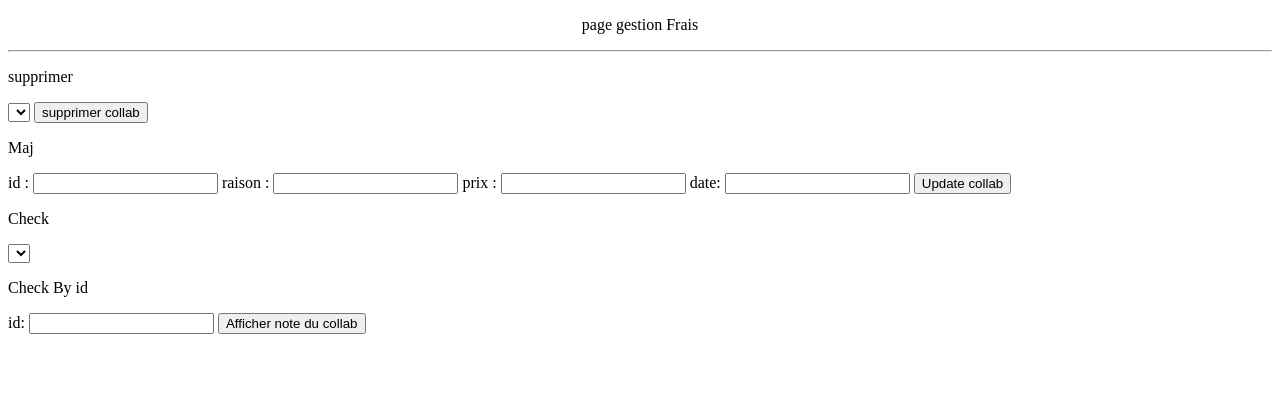
Repository: Shakibaei-2020/CRA_JEE_FINAL
Page: http://localhost/jee_crainfocom/WEB-INF/PageAdminGestionFrais.jsp
The author's editor kept a copy of each file at every save. The page is drawn from the files as they stood at one save, then again after the next save.
The browser window is 1280 px wide. The pictures show the whole page.
The page is served by Tomcat 9. Nobody is signed in. Other server files are loaded and not shown. The template is opened directly, without the code that normally fills it, so the values that code supplies are empty.

Above is the page before, as saved 2021-04-08 10:57:45.

### CRA_JEE_FINAL/jee_crainfocom/src/main/webapp/WEB-INF/PageAdminGestionFrais.jsp
<%@ page pageEncoding="UTF-8" %>
<%@ taglib uri="http://java.sun.com/jsp/jstl/core" prefix="c" %>
<!DOCTYPE html>
<html>
<head>
<meta charset="ISO-8859-1">
<title>Insert title here</title>
</head>
<body>
<center><p>page gestion Frais</p></center>
<hr>
<!-- ************************************************************************ -->

<p>supprimer</p>
<form method="post" action=ControleAdminGestionFrais>
	<select name="saisiRaison" id="saisiRaison" >
     	<c:forEach items="${ tabRaisonFrais }" var="tabRaisonFrais" varStatus="status">
        <p><option><c:out  value="${tabRaisonFrais}"></option></c:out ></p>
		</c:forEach>
	</select>
<input type="submit" value="supprimer collab"/>
</form>

<!-- ************************************************************************ -->

<p>Maj</p>
 <form method="post" action="ControleInterneGestionFrais">

            <label for="idUp">id : </label>
            <input type="text" name="idUp" id="idUp" />

            <label for="raisonUp">raison : </label>
            <input type="text" name="raisonUp" id="raisonUp" />

            <label for="prixUp">prix : </label>
            <input type="text" name="prixUp" id="prixUp" />

            <label for="dateUp">date: </label>
            <input type="text" name="dateUp" id="dateUp" />

            <input type="submit" value="Update collab" />
</form>
<!-- ************************************************************************ -->

<p>Check</p>

		<select>
     	<c:forEach   items="${ tabNoteDeFrais }" var="tabCollab" varStatus="status">
        <p> <option method="get" action="ControleAdminGestionCollab"  ><c:out value="${tabNoteDeFrais}"></option></c:out ></p>
		</c:forEach>
		</select>

</body>
<!-- ************************************************************************ -->

<p>Check By id</p>

<form method="post" action=ControleAdminGestionFrais>
<label for="idSho">id: </label>
<input type="text" name="idSho" id="idSho" />

<input type="submit" value="Afficher note du collab"/>
		<c:forEach   items="${tabNot}" var="tabNot" varStatus="status">
<p> <option method="post" action="ControleAdminGestionCollab"  ><c:out value="${tabNot}"></option></c:out ></p>
</c:forEach>

</form>


</body>
</html>

After the next save:
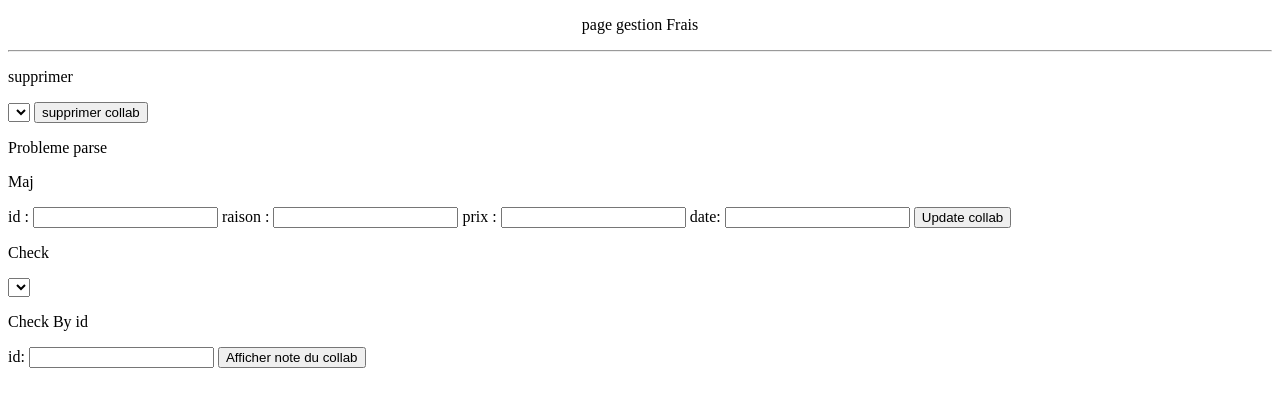
Saved 8 s later.
--- a/CRA_JEE_FINAL/jee_crainfocom/src/main/webapp/WEB-INF/PageAdminGestionFrais.jsp
+++ b/CRA_JEE_FINAL/jee_crainfocom/src/main/webapp/WEB-INF/PageAdminGestionFrais.jsp
@@ -22,7 +22,7 @@
 </form>
 
 <!-- ************************************************************************ -->
-
+<p> Probleme parse </p>
 <p>Maj</p>
  <form method="post" action="ControleInterneGestionFrais">
 
